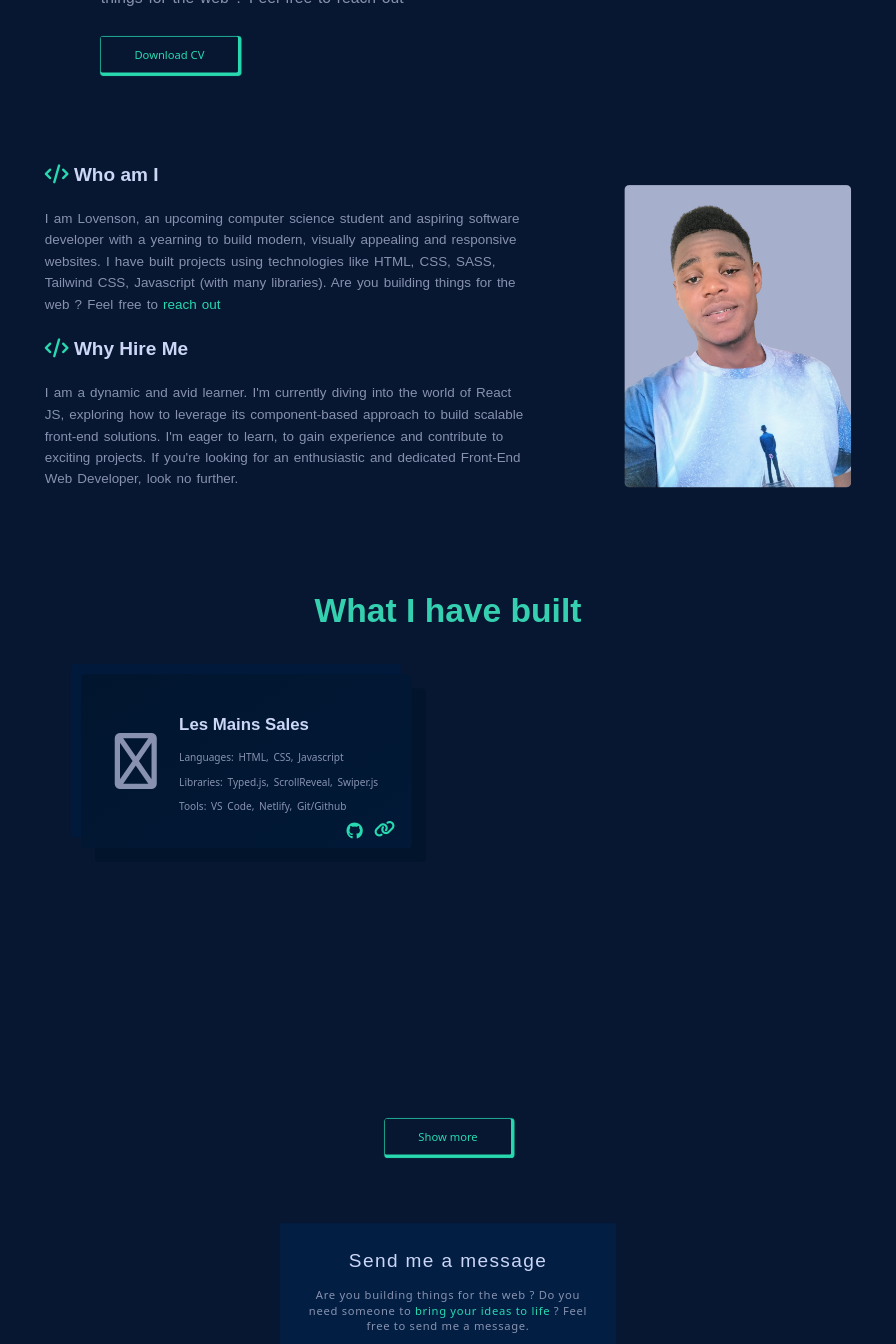
Repository: Lovenson2000/portfolio
Page: index.html
These files come from the project's save history. The page is drawn as it stood at one moment and after the next save; the edit follows.
The browser window is 1280 px wide. The pictures show the part of the page from y = 498 to 2418 px (the page is 3080 px tall before and 3050 px after), at 70% of full size.
Some web fonts or font styles are not loaded; a fallback is used. Some web libraries are served in a nearby version.

Above is the page before, as saved 2024-02-19 21:17:14.

### index.html
<!DOCTYPE html>
<html lang="en">

<head>
    <meta charset="UTF-8">
    <meta http-equiv="X-UA-Compatible" content="IE=edge">
    <meta name="viewport" content="width=device-width, initial-scale=1.0">
    <meta name="theme-color" content="#071631">
    <title>Lovenson Personal Portfolio</title>
    <link rel="stylesheet" href="style.css">
    <script src="https://unpkg.com/scrollreveal"></script>
    <script src="https://kit.fontawesome.com/195aaec415.js" crossorigin="anonymous"></script>
</head>

<body>

    <!-- NAVIGATION BAR -->
    <div class="header">
        <div class="logo-box">
            <h1 class="logo">LB.</h1>
        </div>

        <nav class="nav-container" id="nav-container">
            <div class="nav-link-wrapper">
                <img src="./images/home.png" class="nav-link-img">
                <a href="" class="nav-link">Home</a>
            </div>
            <div class="nav-link-wrapper">
                <img src="./images/user.png" class="nav-link-img">
                <a href="#about-container" class="nav-link">About</a>
            </div>
            <div class="nav-link-wrapper">
                <img src="./images/coding.png" class="nav-link-img">
                <a href="#projects-container" class="nav-link">Projects</a>
            </div>
            <div class="nav-link-wrapper">
                <img src="./images/document.png" class="nav-link-img">
                <a href="#form-section" class="nav-link">Contact</a>
            </div>
        </nav>

        <div class="hamburger" id="hamburger">
            <span class="line"></span>
            <span class="line"></span>
            <span class="line"></span>

        </div>
    </div>

    <!-- HERO-SECTION -->

    <div class="hero-container">

        <div class="text">
            <h2 class="name-heading">Hi, I'm Lovenson </h2>
            <h1 class="main-heading">I am a <span class="my-title"></span></h1>
            <p class="my-details">I am from Haiti. I am a computer science student and front-end web developer. I
                currently live in Taiwan and I'm learning full-stack web development. Are you building things for the
                web ? Feel free to reach out</p>
        </div>

        <div class="button">
            <a class="primary-btn" href="/Lovenson BEAUCICOT.pdf">Download CV</a>
        </div>
    </div>

    <!-- ABOUT ME -->

    <div class="about-container" id="about-container">

        <div class="about-text">
            <div class="about-me">
                <h3 class="about-heading"><i class="fa-solid fa-code" style="color: #28d9b0;"></i> Who am I</h3>
                <p class="about-details">
                    I am Lovenson, an upcoming computer science student and aspiring software developer with a yearning to build modern,
                    visually appealing and responsive websites. I have built projects using technologies like HTML, CSS, SASS, Tailwind CSS,
                    Javascript (with many libraries). Are you building things for the web ? Feel free to <span> <a href="mailto:lovensonbeaucicot@gmail.com">reach out</a></span>

                </p>
            </div>

            <div class="about-me">
                <h3 class="about-heading"><i class="fa-solid fa-code" style="color: #28d9b0;"></i> Why Hire Me</h3>
                <p class="about-details">
                    I am a dynamic and avid learner. I'm currently diving into the world of React JS, exploring how to leverage its component-based
                    approach to build scalable front-end solutions. I'm eager to learn, to gain experience and contribute to exciting projects.
                    If you're looking for an enthusiastic and dedicated Front-End Web Developer, look no further.
                </p>
            </div>
        </div>

        <div class="about-photo">
            <img src="./images/me-photo.png">
        </div>

    </div>

    <!-- PROJECTS SECTION -->

    <div class="projects-container" id="projects-container">

        <h1 class="project-heading">What I have built</h1>

        <div class="projects-wrapper">
            <div class="project">
                <div class="project-image">
                    <i class="fa-sharp fa-regular fa-palette"></i>
                </div>

                <div class="project-details">
                    <h2 class="project-name">Les Mains Sales</h2>
                    <p>Languages: <span>HTML, CSS, Javascript</span></p>
                    <p>Libraries: <span> Typed.js, ScrollReveal, Swiper.js</span>
                    </p>
                    <p>Tools: <span>VS Code, Netlify, Git/Github</span></p>
                </div>

                <div class="project-links">
                    <a href="https://github.com/Lovenson2000/lesmainssales"><i class="fa-brands fa-github fa-2xl"></i></a>
                    <a href="https://lesmainssales.netlify.app"><i class="fa-solid fa-link fa-lg"></i></a>
                </div>
            </div>

            <div class="project">
                <div class="project-image">
                    <i class="fa-sharp fa-regular fa-building"></i>
                </div>

                <div class="project-details">
                    <h2 class="project-name">Free AI</h2>
                    <p>Language: <span>React</span></p>
                    <p>Libraries: <span> React-router, ScrollReveal, SASS/CSS</span>
                    </p>
                    <p>Tools: <span>VS Code, Netlify, Git/Github</span></p>
                </div>

                <div class="project-links">
                    <a href="https://github.com/Lovenson2000/myreactwebsite"><i class="fa-brands fa-github fa-2xl"></i></a>
                    <a href="https://aireact.netlify.app"><i class="fa-solid fa-link fa-lg"></i></a>
                </div>
            </div>

            <div class="project">
                <div class="project-image">
                    <i class="fa-sharp fa-regular fa-hands-praying"></i>
                </div>

                <div class="project-details">
                    <h2 class="project-name">Quote Generator</h2>
                    <p>Languages: <span>HTML, CSS, Javascript</span></p>
                    <p>Libraries: <span> External API, Tailwind CSS</span>
                    </p>
                    <p>Tools: <span>VS Code, Netlify, Git/Github</span></p>
                </div>

                <div class="project-links">
                    <a href="https://github.com/Lovenson2000/quoteGenerator"><i class="fa-brands fa-github fa-2xl"></i></a>
                    <a href="https://wizdom.netlify.app"><i class="fa-solid fa-link fa-lg"></i></a>
                </div>
            </div>

            <div class="project pet">
                <div class="project-image">
                    <i class="fa-sharp fa-regular fa-dog"></i>
                </div>

                <div class="project-details">
                    <h2 class="project-name">Pet Adoption Website</h2>
                    <p>Languages: <span>HTML, CSS, Javascript</span></p>
                    <p>Library: <span> intersectionObserver</span>
                    </p>
                    <p>Tools: <span>VS Code, Vercel, Git/Github</span></p>
                </div>

                <div class="project-links">
                    <a href="https://github.com/Lovenson2000/petwebsite"><i class="fa-brands fa-github fa-2xl"></i></a>
                    <a href="https://petwebsite.vercel.app"><i class="fa-solid fa-link fa-lg"></i></a>
                </div>
            </div>

            <div class="project weather showMore">
                <div class="project-image">
                    <i class="fa-solid fa-cloud-arrow-up"></i>
                </div>

                <div class="project-details">
                    <h2 class="project-name">Weather App</h2>
                    <p>Languages: <span>HTML, CSS, Javascript</span></p>
                    <p>Library: <span>OpenWeatherMap Api </span>
                    </p>
                    <p>Tools: <span>VS Code, Netlify, Git/Github</span></p>
                </div>

                <div class="project-links">
                    <a href="https://github.com/Lovenson2000/weatherapp"><i class="fa-brands fa-github fa-2xl"></i></a>
                    <a href="https://myweatherappapi.netlify.app"><i class="fa-solid fa-link fa-lg"></i></a>
                </div>
            </div>

            <div class="project todo showMore">
                <div class="project-image">
                    <i class="fa-sharp fa-regular fa-list-check"></i>
                </div>

                <div class="project-details">
                    <h2 class="project-name">Todo List</h2>
                    <p>Languages: <span>HTML, CSS, Javascript</span></p>
                    <p>Libraries: <span> None</span>
                    </p>
                    <p>Tools: <span>VS Code, Netlify, Git/Github</span></p>
                </div>

                <div class="project-links">
                    <a href="https://github.com/Lovenson2000/todoApp"><i class="fa-brands fa-github fa-2xl"></i></a>
                    <a href="https://myfuntodoapp.netlify.app"><i class="fa-solid fa-link fa-lg"></i></a>
                </div>
            </div>

            <div class="project showMore">
                <div class="project-image">
                    <i class="fa-sharp fa-regular fa-list-check"></i>
                </div>

                <div class="project-details">
                    <h2 class="project-name">Note Taking App</h2>
                    <p>Languages: <span>HTML, CSS, Javascript</span></p>
                    <p>Library: <span> FontAwesome</span>
                    </p>
                    <p>Tools: <span>VS Code, Netlify, Git/Github</span></p>
                </div>

                <div class="project-links">
                    <a href="https://github.com/Lovenson2000/noteApp"><i class="fa-brands fa-github fa-2xl"></i></a>
                    <a href="https://funnoteapp.netlify.app"><i class="fa-solid fa-link fa-lg"></i></a>
                </div>
            </div>
        </div>

    </div>

    <div class="showbutton">
        <a href="#" class="show-btn" id="show-btn">Show more</a>
    </div>

    <div class="form-section" id="form-section">
        <div class="form-container">
            <div class="form-head">
                <h3>Send me a message</h3>
                <p>Are you building things for the web ? Do you need someone to <span>bring your ideas to life</span> ?
                    Feel free to send me a message.
                </p>
            </div>
            <form class="form" action="https://formsubmit.co/beaucicotlovenson@gmail.com" method="POST">

                <h3>Name</h3>
                <input type="text" name="name" placeholder="eg.. Roger Miller" required>

                <h3>Email address</h3>
                <input type="email" name="email" placeholder="rogermiller@email.com" required>

                <h3>Message</h3>
                <textarea name="message" placeholder="Type your message..." required></textarea>

                <button type="submit" id="message-btn" class="message-btn">Send message</button>

           </form>

        </div>
    </div>


    <footer class="footer">

        <div class="footer-container">

            <div class="social-icons">
                <a href="https://twitter.com/BeauL1311/"><i class="fa-brands fa-twitter"></i></a>
                <a href="https://instagram.com/beaucicotlovenson?igshid=NGExMmI2YTkyZg=="><i class="fa-brands fa-instagram"></i></a>
                <a href="https://github.com/Lovenson2000"><i class="fa-brands fa-github"></i></a>
                <a href="https://www.linkedin.com/in/lovenson-beaucicot-768819143/"><i class="fa-brands fa-linkedin"></i></a>
            </div>
            <div class="signature">
                <h4>Build by <a href="https://www.linkedin.com/in/lovenson-beaucicot-768819143/">Lovenson Beaucicot</a></h4>
                <p><span>&copy;</span> 2023 All rights reserved</p>
            </div>

        </div>

    </footer>



    <!-- HANDLING TYPING ANIMATION -->
    <script src="https://unpkg.com/typed.js@2.0.16/dist/typed.umd.js"></script>
    <script>
        const typed = new Typed(".my-title", {
            strings: ["Developer", "Designer", "Student"],
            typeSpeed: 180,
            backSpeed: 180,
            backDelay: 400,
            loop: true
        });
    </script>

    <script src="index.js"></script>
</body>

</html>

Loaded but not shown: index.js (170 lines, source omitted); style.css (998 lines, source omitted)

After the next save:
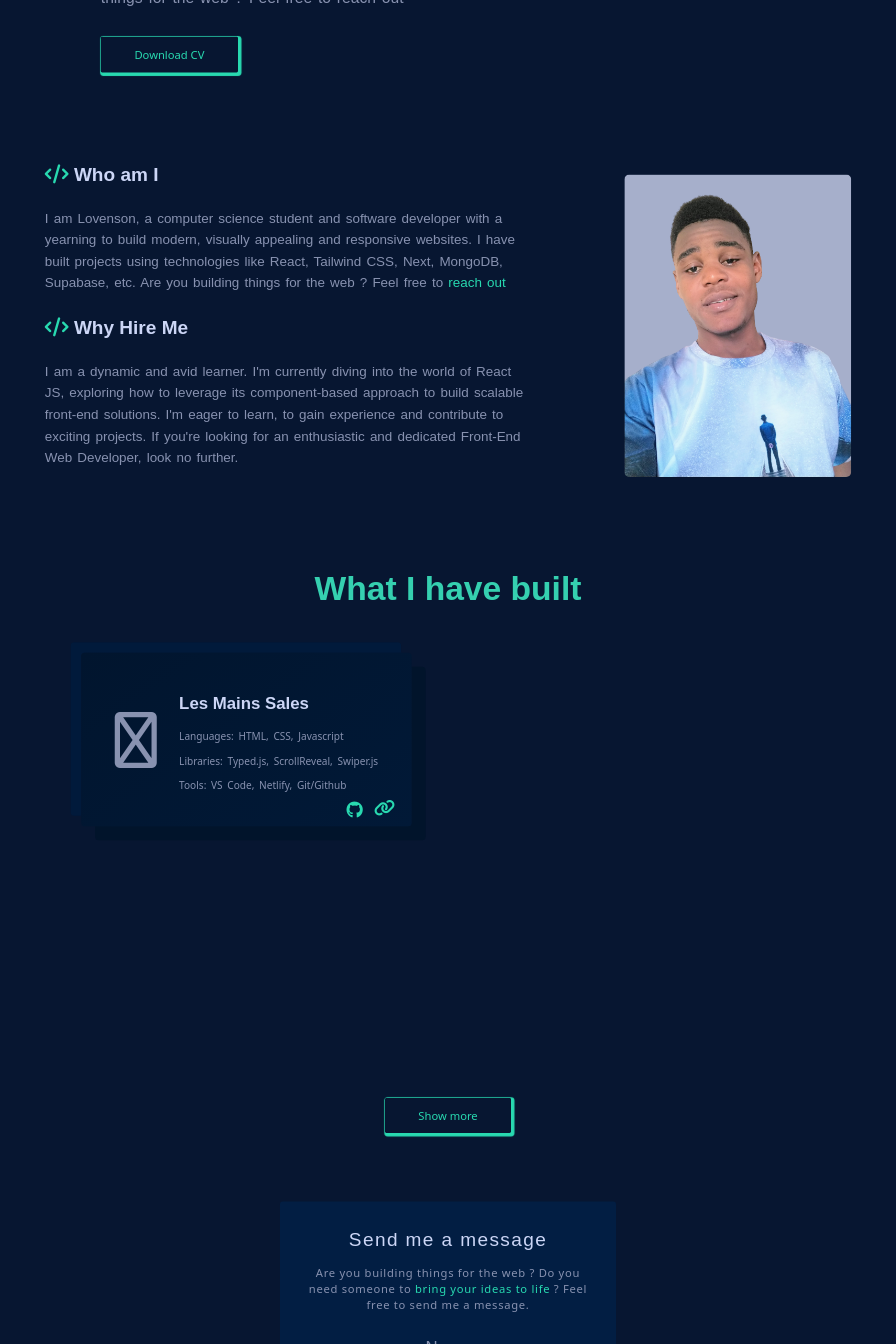
Saved 98 s later.
--- a/index.html
+++ b/index.html
@@ -72,9 +72,9 @@
             <div class="about-me">
                 <h3 class="about-heading"><i class="fa-solid fa-code" style="color: #28d9b0;"></i> Who am I</h3>
                 <p class="about-details">
-                    I am Lovenson, an upcoming computer science student and aspiring software developer with a yearning to build modern,
-                    visually appealing and responsive websites. I have built projects using technologies like HTML, CSS, SASS, Tailwind CSS,
-                    Javascript (with many libraries). Are you building things for the web ? Feel free to <span> <a href="mailto:lovensonbeaucicot@gmail.com">reach out</a></span>
+                    I am Lovenson, a computer science student and software developer with a yearning to build modern,
+                    visually appealing and responsive websites. I have built projects using technologies like React, Tailwind CSS,
+                    Next, MongoDB, Supabase, etc. Are you building things for the web ? Feel free to <span> <a href="mailto:lovensonbeaucicot@gmail.com">reach out</a></span>
 
                 </p>
             </div>
